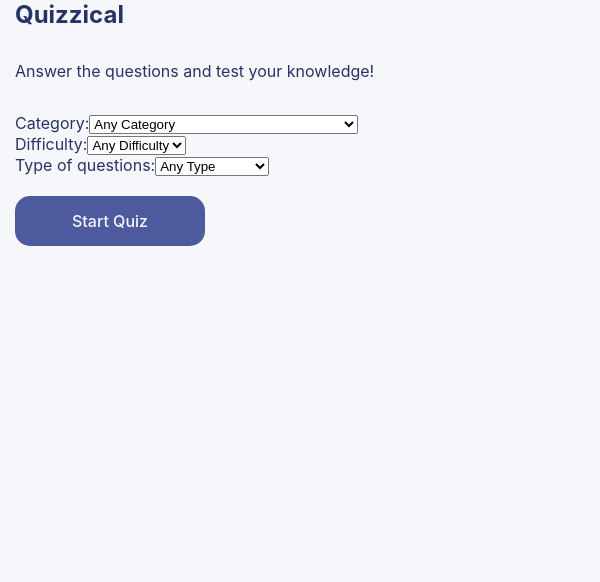
Repository: alexandruvisan19/Quizzical
Page: /
An editor plug-in stored every save of this project. The page is shown before and after a run of saves, followed by the edit.
The browser window is 600 px wide. The pictures show the whole page.
The project was rebuilt for these pictures with package versions that can differ from the ones it lists, and the page was loaded fresh each time. Also part of the build but not shown: src/components/QuestionsAndAnswers/QuestionsAndAnswers.css, src/components/Question/Question.css, src/components/Question/Question.tsx, src/services/getQuestions.tsx, src/components/QuestionsAndAnswers/QuestionsAndAnswers.tsx.

Above is the page before, as saved 2022-08-04 08:56:13.

### src/index.tsx
import React from "react";
import ReactDOM from "react-dom/client";
import "./index.css";
import App from "./App";
import reportWebVitals from "./reportWebVitals";

const root = ReactDOM.createRoot(document.getElementById("root") as HTMLElement);
root.render(<App />);

// If you want to start measuring performance in your app, pass a function
// to log results (for example: reportWebVitals(console.log))
// or send to an analytics endpoint. Learn more: https://bit.ly/CRA-vitals
reportWebVitals();

### src/index.css
body {
	margin: 0;
	font-family: -apple-system, BlinkMacSystemFont, "Segoe UI", "Roboto", "Oxygen", "Ubuntu", "Cantarell", "Fira Sans",
		"Droid Sans", "Helvetica Neue", sans-serif;
	-webkit-font-smoothing: antialiased;
	-moz-osx-font-smoothing: grayscale;
	background-color: #f5f7fb;
	color: #293264;
}

code {
	font-family: source-code-pro, Menlo, Monaco, Consolas, "Courier New", monospace;
}

.btn-primary {
	background-color: #4d5b9e;
	color: #f5f7fb;
	font-family: "Inter", sans-serif;
	font-weight: 500;
	font-size: 1em;
	border-radius: 15px;
	width: 190px;
	height: 50px;
	border: 0;
	cursor: pointer;
	z-index: 100;
	margin-top: 20px;
}

.btn-primary:active {
	box-shadow: 3px 3px 10px 0px rgba(0, 0, 0, 0.75) inset;
}

### src/App.tsx
import React, { useState } from "react";
import "./App.css";
import QuestionsAndAnswers from "./components/QuestionsAndAnswers/QuestionsAndAnswers";
import "react-toastify/dist/ReactToastify.css";
import { ToastContainer } from "react-toastify";

function App() {
	const [startQuiz, setStartQuiz] = useState(false);
	const [showNoQuestionsError, setShowNoQuestionsError] = useState(false);
	const [quizOptions, setQuizOptions] = useState({
		category: "",
		difficulty: "",
		type: "",
	});

	const startQuizHandler = () => setStartQuiz((prevStartQuiz) => !prevStartQuiz);

	const handleNoQuestionsError = (boolean: any) => setShowNoQuestionsError(boolean);

	const changeQuizHandler = (e: any) => {
		setQuizOptions((prevQuizOptions) => {
			return { ...prevQuizOptions, [e.target.name]: e.target.value };
		});
	};

	return (
		<>
			<div className="App">
				{startQuiz ? (
					<div className="game-container">
						<QuestionsAndAnswers
							quizOptions={quizOptions}
							startQuizHandler={startQuizHandler}
							handleNoQuestionsError={handleNoQuestionsError}
						/>
					</div>
				) : (
					<section className="game-intro">
						<h1 className="game-title">Quizzical</h1>
						<p className="game-text">Answer the questions and test your knowledge!</p>

						{showNoQuestionsError && (
							<h2 className="noQuestions-text">Oops! We couldn't find any questions with these options!</h2>
						)}

						<div className="gameOptions-container">
							<div className="select-container">
								<label className="custom-label" htmlFor="category">
									Category:
								</label>

								<select onChange={changeQuizHandler} name="category" id="category" className="custom-select">
									<option value="">Any Category</option>
									<option value="9">General Knowledge</option>
									<option value="10">Entertainment: Books</option>
									<option value="11">Entertainment: Film</option>
									<option value="12">Entertainment: Music</option>
									<option value="13">Entertainment: Musicals &amp; Theatres</option>
									<option value="14">Entertainment: Television</option>
									<option value="15">Entertainment: Video Games</option>
									<option value="16">Entertainment: Board Games</option>
									<option value="17">Science &amp; Nature</option>
									<option value="18">Science: Computers</option>
									<option value="19">Science: Mathematics</option>
									<option value="20">Mythology</option>
									<option value="21">Sports</option>
									<option value="22">Geography</option>
									<option value="23">History</option>
									<option value="24">Politics</option>
									<option value="25">Art</option>
									<option value="26">Celebrities</option>
									<option value="27">Animals</option>
									<option value="28">Vehicles</option>
									<option value="29">Entertainment: Comics</option>
									<option value="30">Science: Gadgets</option>
									<option value="31">Entertainment: Japanese Anime &amp; Manga</option>
									<option value="32">Entertainment: Cartoon &amp; Animations</option>
								</select>
							</div>

							<div className="select-container">
								<label className="custom-label" htmlFor="difficulty">
									Difficulty:
								</label>

								<select onChange={changeQuizHandler} name="difficulty" id="difficulty" className="custom-select">
									<option value="">Any Difficulty</option>
									<option value="easy">Easy</option>
									<option value="medium">Medium</option>
									<option value="hard">Hard</option>
								</select>
							</div>

							<div className="select-container">
								<label className="custom-label" htmlFor="type">
									Type of questions:
								</label>

								<select onChange={changeQuizHandler} name="type" id="type" className="custom-select">
									<option value="">Any Type</option>
									<option value="multiple">Multiple Choice</option>
									<option value="boolean">True / False</option>
								</select>
							</div>
						</div>

						<button onClick={startQuizHandler} className="btn-primary">
							Start Quiz
						</button>
					</section>
				)}
			</div>
			<ToastContainer />
		</>
	);
}

export default App;

### src/App.css
.game-intro {
	position: absolute;
	top: 50%;
	left: 50%;
	transform: translate(-50%, -50%);
	padding: 0 15px;
}

.game-container {
	height: 100vh;
	display: flex;
	flex-direction: column;
	justify-content: center;
	align-items: center;
}

.game-intro h1 {
	margin: 0;
}

.game-intro p {
	margin: 2em 0 2em 0;
	font-family: "Inter", sans-serif;
	font-weight: 400;
	font-size: 1em;
}

.container button {
	background-color: #4d5b9e;
	color: #fff;
	border-radius: 12px;
	border: none;
	padding: 15px 40px;
	font-size: 20px;
	cursor: pointer;
}

.container button:hover {
	background-color: #6070c4;
}

@media (prefers-reduced-motion: no-preference) {
	.App-logo {
		animation: App-logo-spin infinite 20s linear;
	}
}

.App-header {
	background-color: #282c34;
	min-height: 100vh;
	display: flex;
	flex-direction: column;
	align-items: center;
	justify-content: center;
	font-size: calc(10px + 2vmin);
	color: white;
}

.App-link {
	color: #61dafb;
}

@keyframes App-logo-spin {
	from {
		transform: rotate(0deg);
	}
	to {
		transform: rotate(360deg);
	}
}

@media screen and (max-width: 750px) {
	.game-container {
		position: inherit;
		transform: inherit;
	}
	.game-intro {
		position: inherit;
		transform: inherit;
	}
}

Loaded but not shown: public/index.html (common file); src/reportWebVitals.ts (common file)

After the next 2 saves:
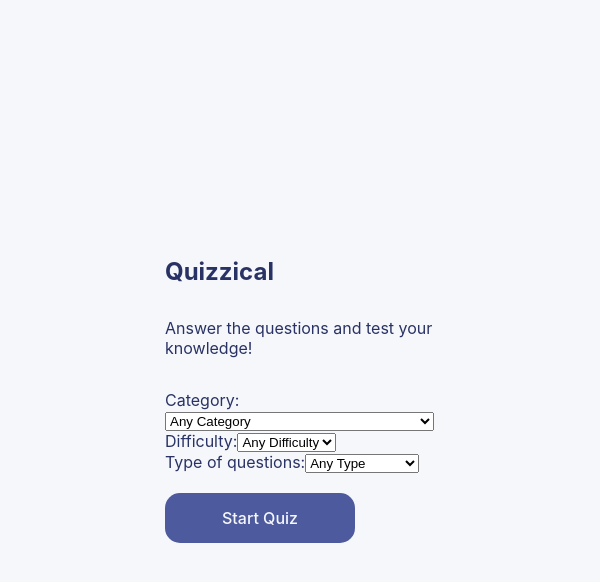
The 2 saves are shown as one change because they came seconds apart.
The last was saved 8 s later.
--- a/src/App.css
+++ b/src/App.css
@@ -71,11 +71,6 @@
 
 @media screen and (max-width: 750px) {
 	.game-container {
-		position: inherit;
-		transform: inherit;
-	}
-	.game-intro {
-		position: inherit;
-		transform: inherit;
+		height: auto;
 	}
 }
